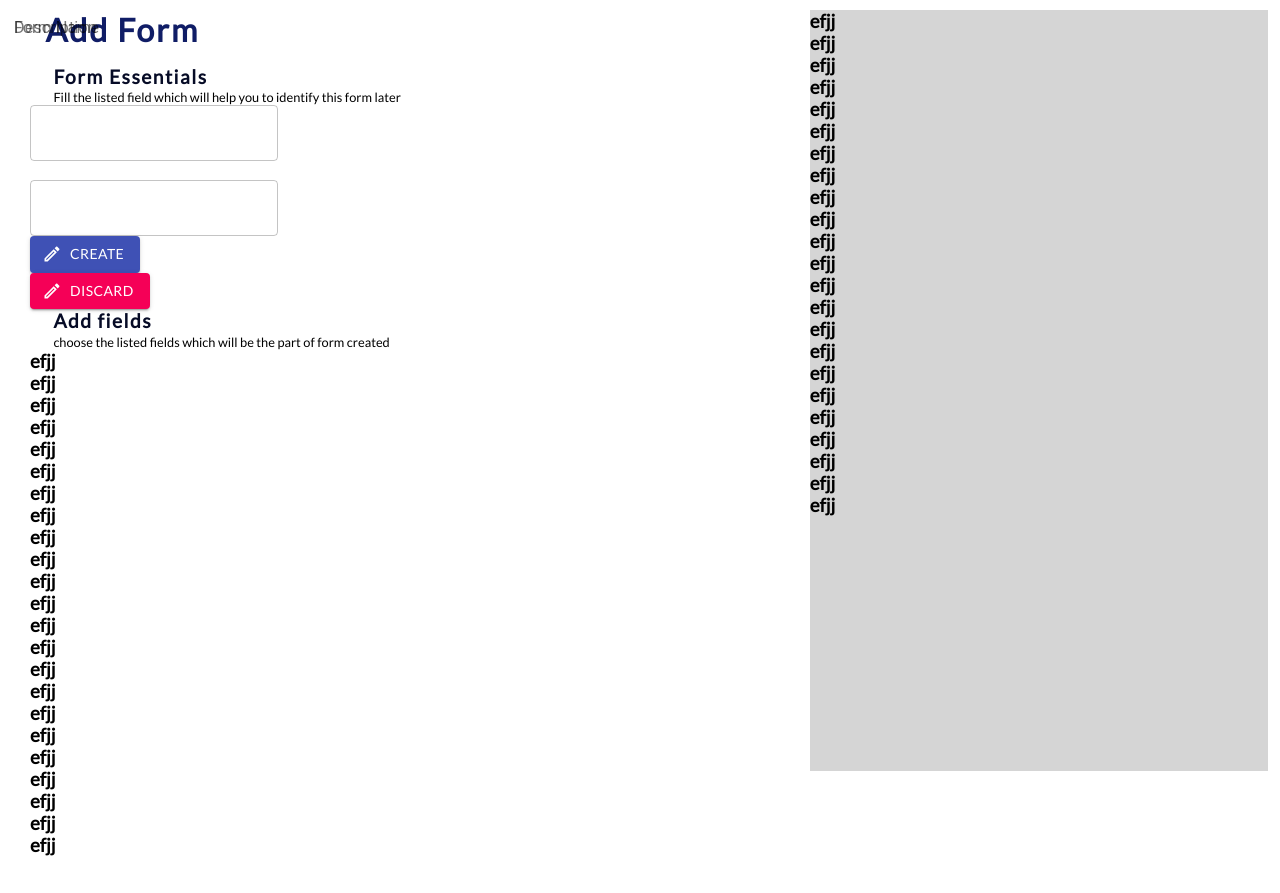
Repository: Architjain128/df
Page: /add
An editor plug-in stored every save of this project. The page is shown before and after a run of saves, followed by the edit.
The browser window is 1280 px wide. The pictures show the whole page.
The project was rebuilt for these pictures with package versions that can differ from the ones it lists, and the page was loaded fresh each time. Also part of the build but not shown: src/App.css, src/dftable.js, src/dataForm.js.

Above is the page before, as saved 2021-06-25 16:11:42.

After the next 2 saves:
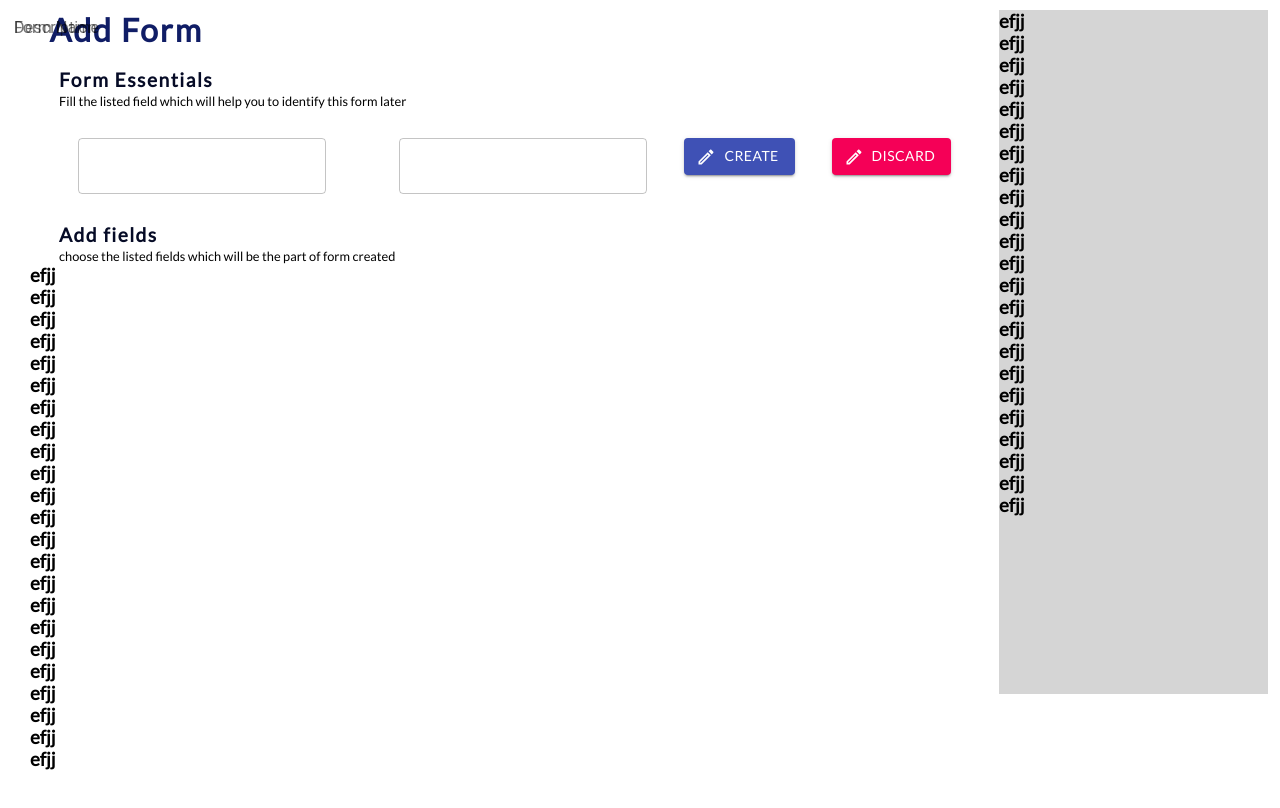
The 2 saves are shown as one change because they came seconds apart.
The last was saved 22 s later.
--- a/src/addDataForm.js
+++ b/src/addDataForm.js
@@ -13,7 +13,7 @@ class AddDataForm extends Component{
                             <div className="df-title">Add Form</div>
                             <div className="df-subtitle">Form Essentials</div>
                             <div className="df-description" >Fill the listed field which will help you to identify this form later</div>
-                            <div className="df-form-ess" class="flex-container1">
+                            <div className="df-form-ess">
                                 <TextField id="outlined-basic" class="flex-item1" label="Form Name" variant="outlined" /><br/>
                                 <TextField id="outlined-basic-large" class="flex-item1" label="Description" variant="outlined"/>
                                 <div className="df-create2" class="flex-item1"><Button variant="contained" color="primary" startIcon={<CreateOutlinedIcon />}> Create </Button></div>
